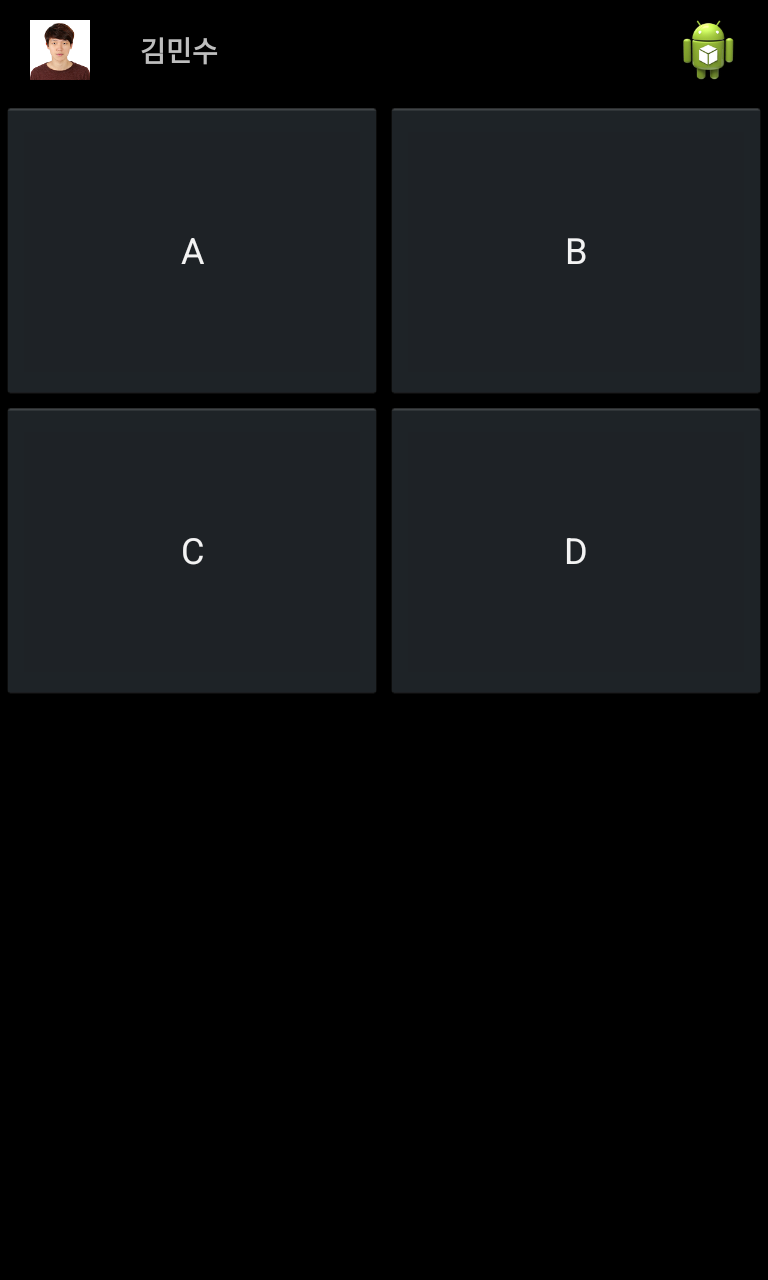
Repository: Minsu-Daniel-Kim/tipinboard1.0
Layout: TipinBoard1.0/res/layout/activity_main.xml
The author's editor kept a copy of each file at every save. The layout is drawn from the files as they stood at one save, then again after the next save.
It is drawn on a 768 x 1280 px phone screen (xhdpi) without system bars, with theme android:Theme.Holo; the app's code is not run.

Above is the layout before, as saved 2013-04-15 09:55:57.

After the next save:
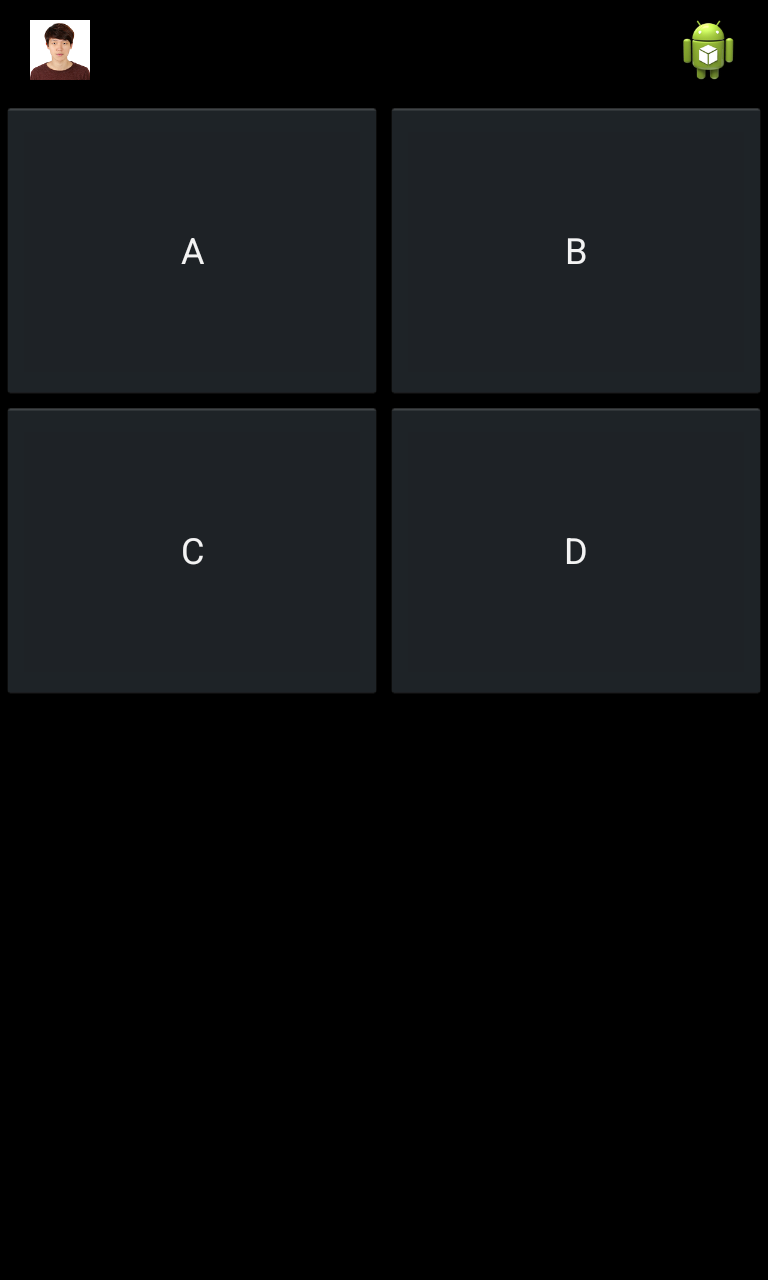
Saved 7 s later.
--- a/TipinBoard1.0/res/layout/activity_main.xml
+++ b/TipinBoard1.0/res/layout/activity_main.xml
@@ -17,19 +17,16 @@
             android:layout_alignParentBottom="true"
             android:layout_alignParentLeft="true"
             android:layout_margin="10dp"
-            android:src="@drawable/daniel"
-
-            />
+            android:src="@drawable/daniel" />
 
         <TextView
             android:id="@+id/tv_username"
-            android:layout_toRightOf="@+id/iv_profile"
             android:layout_width="wrap_content"
             android:layout_height="fill_parent"
             android:layout_margin="10dp"
-			android:textStyle="bold"
+            android:layout_toRightOf="@+id/iv_profile"
             android:gravity="center_vertical"
-            android:text="김민수" />
+            android:textStyle="bold" />
 
         <ImageView
             android:layout_width="40dp"
